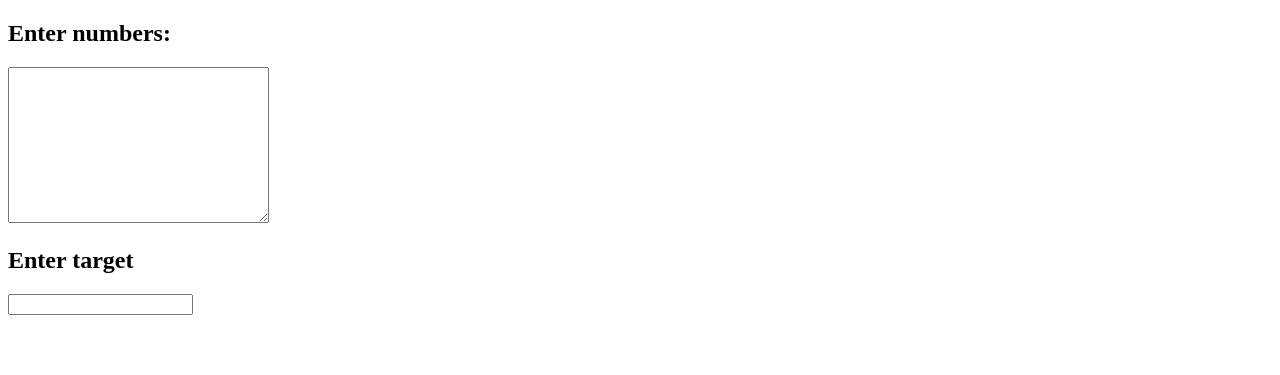
Repository: Peter-developer01/possible-combos
Page: index.html
An editor plug-in stored every save of this project. The page is shown before and after the next save, followed by the edit.
The browser window is 1280 px wide. The pictures show the whole page.

Above is the page before, as saved 2024-04-25 18:57:58.

### index.html
<!DOCTYPE html>
<html lang="en">
<head>
	<meta charset="UTF-8">
	<meta http-equiv="X-UA-Compatible" content="IE=edge">
	<meta name="viewport" content="width=device-width, initial-scale=1.0">
	<title>Possible combinations generator!</title>
</head>
<body>
	<h2>Enter numbers:</h2>
	<textarea id="" cols="30" rows="10" class="list"></textarea> <br>

	<h2>Enter target</h2>
	<input type="number" class="target"> <br>
	<script src="script.js"></script>
</body>
</html>

### script.js
function combinationSum(nums, target) {
    const memo = {};

    // remove duplicates from the array
    nums = nums.sort((a, b) => a - b).filter((num, index, arr) => index === 0 || num !== arr[index - 1]);

    function dp(start, target) {
        if (memo[target]) {
            return memo[target];
        }
        if (target === 0) {
            return [[]];
        }
        if (target < 0) {
            return [];
        }
        const res = [];
        for (let i = start; i < nums.length; i++) {
            const num = nums[i];
            if (target - num >= 0) {
                for (const comb of dp(i, target - num)) {
                    res.push([num, ...comb]);
                }
            }
        }
        memo[target] = res;
        return res;
    }

    return dp(0, target);
}


const nums = [2, 3, 6, 7];
const target = 7;
console.log("possible combinations are " ,
            combinationSum(nums, target));

After the next save:
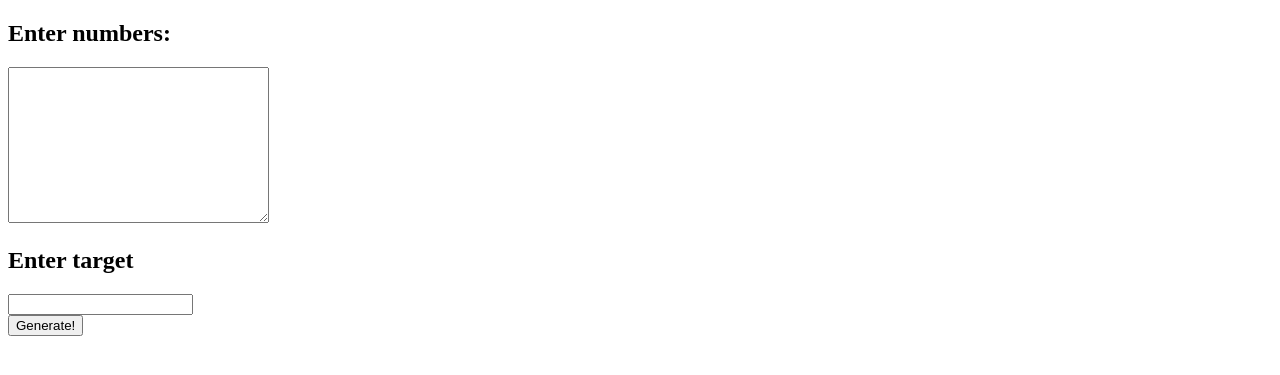
Saved 28 s later.
--- a/index.html
+++ b/index.html
@@ -12,6 +12,7 @@
 
 	<h2>Enter target</h2>
 	<input type="number" class="target"> <br>
+	<button class="generate">Generate!</button>
 	<script src="script.js"></script>
 </body>
 </html>
